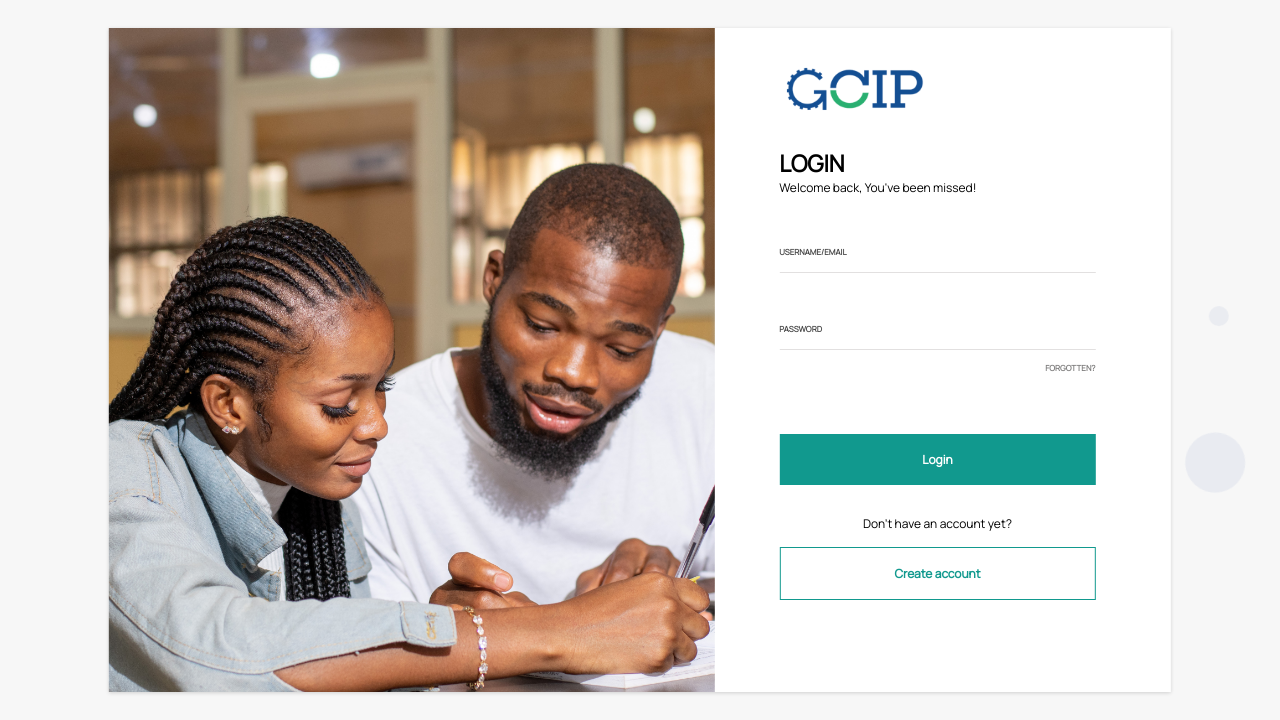
Repository: mualiyu/GCIP-Applicant-Portal
Page: /
The author's editor kept a copy of each file at every save. The page is drawn from the files as they stood at one save, then again after the next save.
The browser window is 1280 px wide. The pictures show the whole page.
The project was rebuilt for these pictures with package versions that can differ from the ones it lists, and the page was loaded fresh each time. Also part of the build but not shown: vite.config.ts, src/pages/styles/login.css, src/components/Common.tsx, src/components/styles/input.css, src/components/Input.tsx, src/components/styles/button.css, src/assets/Colors/Colors.ts, src/components/Button.tsx and 81 more.

Above is the page before, as saved 2024-03-13 05:35:55.

After the next save:
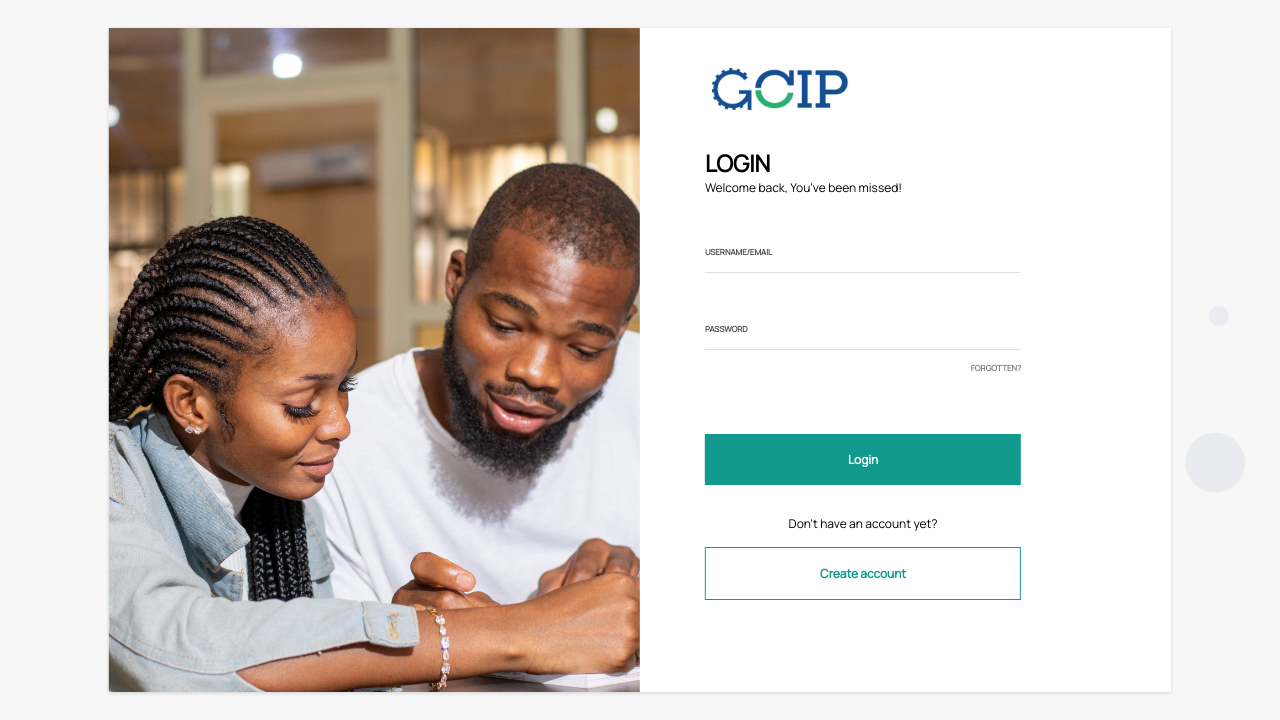
Saved 42 s later.
--- a/src/pages/Login.jsx
+++ b/src/pages/Login.jsx
@@ -117,7 +117,7 @@ function Login() {
         <Loading loading={loading} />
         <Alert text={alertText} />
         <div className="col-10 flex flex-center shadow_light auth mt-xl light bubble3">
-          <div className="col-8 login-banner"></div>
+          <div className="col-6 login-banner"></div>
           <div className="col-5 pl-xl pr-xl bubble2">
             <div className="form-container">
               <img
